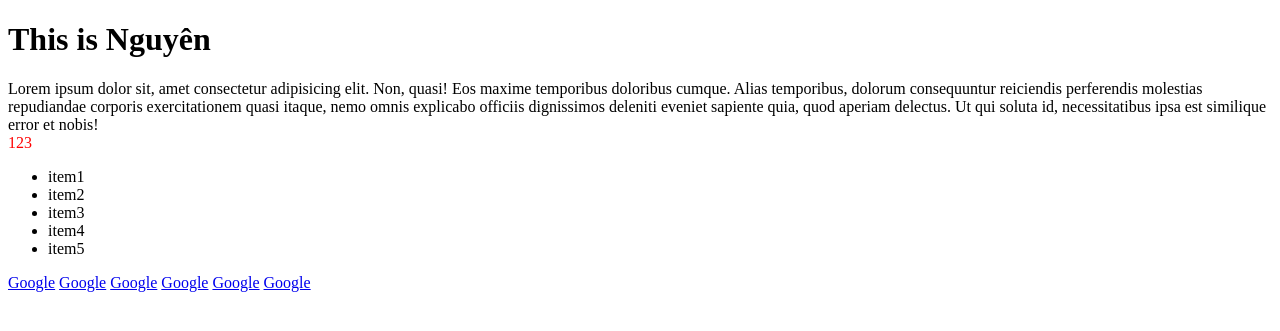
Repository: KhoiNguyen77/JS-C-Ba-n
Page: index.html
These files come from the project's save history. The page is drawn as it stood at one moment and after the next save; the edit follows.
The browser window is 1280 px wide. The pictures show the whole page.

Above is the page before, as saved 2023-03-29 17:21:24.
Console error: SyntaxError: Identifier 'container' has already been declared

### index.html
<!DOCTYPE html>
<html lang="en">
  <head>
    <meta charset="UTF-8" />
    <meta http-equiv="X-UA-Compatible" content="IE=edge" />
    <meta name="viewport" content="width=device-width, initial-scale=1.0" />
    <title>Document</title>
  </head>
  <body>
    <h1>This is Nguyên</h1>
    <div class="container">
      Lorem ipsum dolor sit, amet consectetur adipisicing elit. Non, quasi! Eos
      maxime temporibus doloribus cumque. Alias temporibus, dolorum consequuntur
      reiciendis perferendis molestias repudiandae corporis exercitationem quasi
      itaque, nemo omnis explicabo officiis dignissimos deleniti eveniet
      sapiente quia, quod aperiam delectus. Ut qui soluta id, necessitatibus
      ipsa est similique error et nobis!
    </div>
    <div id="spinner" style="color: red">123</div>
    <ul>
      <li class="item item1">item1</li>
      <li class="item item2">item2</li>
      <li class="item item3">item3</li>
      <li class="item item4">item4</li>
      <li class="item item5">item5</li>
    </ul>
    <a href="gooogle.com.vn" class="link">Google</a>
    <a href="gooogle.com.vn" class="link">Google</a>
    <a href="gooogle.com.vn" class="link">Google</a>
    <a href="gooogle.com.vn" class="link">Google</a>
    <a href="gooogle.com.vn" class="link">Google</a>
    <a href="gooogle.com.vn" class="link">Google</a>
    <style>
      .container.active {
        color: aqua;
      }

    </style>
    <script src="./index.js"></script>
  </body>
</html>

### index.js
// Function

compare = (a = 0, b = 0) => {
  if (typeof a !== "number" || typeof b !== "number") return 0;
  return Math.max(a, b);
};
console.log(compare(5, 10));

upperCase = (a = "") => {
  if (typeof a !== "string") {
    return console.log("Vui lòng nhập vào chữ");
  }
  let newWord = a.toLowerCase().charAt(0).toUpperCase();
  return newWord + a.toLowerCase().slice(1);
};
console.log(upperCase("nguyen"));

compare2 = (a, b, callback) => {
  let max = compare(a, b);
  callback(max);
};
inMax = (num) => {
  console.log(num);
};
console.log(compare2(500, 1000, inMax));
//  Date
// B1: viết chương trình nhập vào ngày tháng năm sinh và in ra
function getAge(year) {
  if (typeof year !== "number") {
    console.log("Vui lòng nhập đúng năm");
  }
  const thisYear = new Date().getFullYear();
  return thisYear - year;
}
const age2 = getAge(2000);
console.log(`Tuổi của bạn là ${age2} `);
// Bài 2:
// function countDown(minute = 0) {
//   let second = minute * 60;
//   let count = 0;
//   const countUp = setInterval(() => {
//     count += 1;
//     console.log(count);
//     if (count === second) {
//       alert("bạn đã hết giờ làm bài");
//       clearInterval(countUp);
//     }
//   }, 1000);
// }
// countDown(0.2);
// Bài 3:
function timeSince(time) {
  const now = new Date();
  const since = new Date(time);
  const truTime = Math.floor((now.getTime() - since.getTime()) / 1000);
  let quyDoiTime = truTime / 32140800;
  if (quyDoiTime > 1) {
    console.log(`${Math.floor(quyDoiTime)} năm trước`);
  }
  quyDoiTime = truTime / 2678400;
  if (quyDoiTime > 1 && truTime <= 32140800) {
    console.log(`${Math.floor(quyDoiTime)} tháng trước`);
  }
  quyDoiTime = truTime / 604800;
  if (quyDoiTime > 1 && truTime <= 2678400) {
    console.log(`${Math.floor(quyDoiTime)} tuần trước`);
  }
  quyDoiTime = truTime / 86400;
  if (quyDoiTime > 1 && truTime < 604800) {
    console.log(`${Math.floor(quyDoiTime)} ngày trước`);
  }
  quyDoiTime = truTime / 3600;
  if (quyDoiTime > 1 && truTime <= 86400) {
    console.log(`${Math.floor(quyDoiTime)} giờ trước`);
  }
  quyDoiTime = truTime / 60;
  if (quyDoiTime > 1 && truTime < 3600) {
    console.log(`${Math.floor(quyDoiTime)} phút trước`);
  }
}
// 1 năm: 32140800
// 1 tháng:2678400
// 1 tuần:604800
// 1 ngày:86400
// 1 giờ : 3600
// 1 phút: 60
timeSince("Thu Mar 23 2023 14:47:43 GMT+0700");
//
const array = [1, 2, 3, 4, 5, 6, 7, 8];
a = array.find((x) => x > 3);
b = array.findIndex((x) => x > 3);
console.log(a);
console.log(b);
const list = [4, 5, 6, 7, 8, 9, 1, 3, 5, 6];
console.log(list.map((x) => x * 2));
const listTripple = [];

const number = [1, 2, 3, 4, 5, 6, 7, 8];
const test = number.filter((x) => x > 2);
console.log(test);
// Đảo ngược một chuỗi
// VD : "My name is evondev" => VD: "evondev is name My"
function reverseString(str) {
  if (!str) return null;
  console.log(str.split(" ").reverse().join(" "));
}

reverseString("My name is evondev");
// Đảo ngược một chuỗi bao gồm các kí tự.
//  VD: "i love" => evol i

function reverse(str) {
  if (!str) return null;
  console.log(str.split("").reverse().join(""));
}
reverse("i love");
capitalizeWord = (item) => {
  let upper = item.charAt(0).toUpperCase();
  let lower = item.slice(1).toLowerCase();
  return `${upper}${lower}`;
};
// Capitalize 1 chuỗi: VD "my name is evondev" => "My Name Is Evondev"
capitalizeStr = (str) => {
  let layChuoi = str.split(" ");
  let inHoaStr = layChuoi.map((item) => capitalizeWord(item));
  return console.log(inHoaStr.join(" "));
};

let strMau = "my name is evondev";
capitalizeStr(strMau);
// let layStr = strMau.split(" ");
// console.log(layStr);
// let example = layStr.map(
//   item => {
//     let newWord  = item.charAt(0).toUpperCase();
//     let secondWord = item.slice(1).toLowerCase();
//     return `${newWord}${secondWord}`;
//   }
// );
// let kq = example.join(" ")
// console.log(example);
// console.log(kq);

//  Bài tập cơ bản về vòng lặp for
// sao chép 1 mảng bằng vòng lặp for
let numbers = [1, 2, 3, 4, 5, 6, 7, 8, 9, 10];
let kq = [];
for (let i = 0; i < numbers.length; i++) {
  kq.push(numbers[i]);
}
let string1 = "i love";
ketquaString = "";

for (i = string1.length - 1; i >= 0; i--) {
  ketquaString += string1[i];
  console.log(ketquaString);
}

//  Bài tập chương 6 số 1 và 2
let arrayB1 = [
  1,
  1000,
  false,
  null,
  "evondev",
  "",
  undefined,
  "javascript",
  [1, 2, 3],
];
// ketquaB1 = arrayB1.map((item) => {
// //   if (item) {
// //     ketquaB1.push(item);
// //   }
// // });

// // console.log(ketquaB1);
let filterArray = arrayB1.filter((item) => Boolean(item));
console.log(filterArray);

let arrayB2 = [
  [1, 2, 3, [false, null]],
  [1, 5, 6, ["javascript"]],
  [888, 666, [90]],
];
//
const result = arrayB2.flat(2).filter((item) => Boolean(item));
console.log(result);
// Bài 3: Đào ngược số nguyên. Ví dụ 1234 ==> 4321

reverseNumber = (num) => {
  let numToStr =
    parseInt(num.toString().split("").reverse().join("")) * Math.sign(num);
  console.log(numToStr);
};
reverseNumber(-12345);

fizzBuzz = (num) => {
  for (let i = 1; i < num; i++) {
    if (i % 2 === 0) {
      console.log("Fizz");
    } else if (i % 3 === 0) {
      console.log("Buzz");
    } else if (i % 2 === 0 && i % 3 === 0) {
      console.log("FizzBuzz");
    }
  }
};
fizzBuzz(4);

// Bài 4:

checkStr = (str) => {
  let character = "aoeui";
  let count = 0;
  for (let c of str) {
    if (character.includes(c)) count += 1;
  }
  console.log(count);
};
checkStr("evondev");

// Bài 5
let arraySo = [1, 2, 3, 1, 1, 1, 2, 2, 2, 5, 5, 5, 7, 7, 6]; // kết quả trả về là [1,2,3,4,5,6,7]

uniqueSo = (arrSo) => {
  let uniqueArray = [];
  for (let i = 0; i < arrSo.length; i++) {
    if (!uniqueArray.includes(arrSo[i])) uniqueArray.push(arrSo[i]);
  }
  console.log(uniqueArray);
};
uniqueSo(arraySo);

//  Bài 7: Viết 1 function xử lý từ 1 mảng lớn thành nhiều mảng con dựa vào một số nguyên đầu vào. Ví dụ
// ([1,2,3,4,5],2) => [[1,2],[3,4],[5,6]]
let mang = [1, 2, 3, 4, 5, 6];

phanMang = (arr, num) => {
  let result = [];
  let index = 0;
  while (index < arr.length) {
    result.push(arr.slice(index, num + index));
    index = index + num;
    console.log(result);
  }
};

phanMang(mang, 4);

let user = {
  firstName: "Nguyên",
};
let user2 = Object.assign(user);

//  TH1: This ở đây sẽ đề cập tới object, key gần nhất
let student2 = {
  name: "evondev",
  schol: "Cao Thang",
  age: 27,
  male: true,
  "last-name": "tuan",
  hi: function () {
    console.log(`my name is ${this.name} and I'm ${this.age} years old`);
  },
  fullName: {
    name: "Tran Anh Tuan",
  },
};
student2.hi();
// Optional chaining
console.log(student2.fullName); //trả về undefined nếu như key không tồn tại
// console.log(student2.fullName.name); //trả về Cannot read properties of undefined (reading 'name')
if (student2.fullName) {
  if (student2.fullName.name) {
    console.log(student2.fullName.name);
  }
}

// student2.fullName?.name ==> Nếu có key là full name thì mới chạy qua .name
console.log(student2.fullName?.name);

// Destructuring object
//  const {name, age, male} = student2;

let { name, age, male, ...rest } = student2;
console.log(name, age, male, rest);

let objNew = {
  name: "evondev",
  school: "Cao Thang",
  age: 27,
};
function whatYourInfo2({ name, age, school }) {
  console.log(name, age, school);
}

whatYourInfo2(objNew);
function whatYourInfo(obj) {
  console.log((obj.name, obj.age, obj.school));
}

// BT Object
//  Viết 1 function kiểm tra value có phải là object hay không
//  {} [] null ==> đều là type object

isObject = (value) => {
  if (typeof value === "object" && !Array.isArray(value) && value !== null) {
    return true;
  }
  return false;
};
console.log(isObject(null));

// BT 2: {a: 1, b:2} => [["a":1], ["b":2]]

objectToArray = (obj) => {
  if (!isObject(obj)) return;
  let result = Object.entries(obj);
  console.log(result);
};
objectToArray({
  a: 1,
  b: 2,
  c: 3,
});

// BT 3: Viết phương thức without. VD {{a: 1, b:2}, b} => {a:1}

without = (obj, ...key) => {
  let copyObj = { ...obj };
  key.forEach((item) => delete copyObj[item]);
  let result = copyObj;
  console.log(result);
};
without(
  {
    a: 1,
    b: 2,
    c: 3,
  },
  "b"
);

// BT 4: Viết 1 function để kiểm tra 2 object truyền vào có bằng nhau không

isEqualOBject = (obj1, obj2) => {
  let objKey1 = Object.keys(obj1);
  let objKey2 = Object.keys(obj2);
  if (objKey1.length !== objKey2.length) return false;   //check length của mảng
  let result = objKey1.every((key) => obj1[key] === obj2[key]); ///duyệt value qua từng key
  console.log(result);
  return result;
};

isEqualOBject(
  {
    a: 1,
    b: 2,
  },
  { a: 1, b: 2 }
);

// Node selector:
const singleNode = document.querySelector("h1");
const singleNode2 = document.querySelector(".container");
const singleNode3 = document.querySelector("#spinner");
console.log(singleNode);
console.log(singleNode3);
console.log(singleNode2);

// Multinode:
const multiNode = document.querySelectorAll(".item");
console.log(multiNode);


// Getattribute() bằng node:

let link = document.querySelector(".link");
console.log(link.getAttribute("href"));

// get attribute bằng NodeList
let listLi = document.querySelectorAll(".item");
listLi.forEach(item => {
  console.log(item.getAttribute("class"));
})


// setAttribute() bằng node:
link.setAttribute("target", "_blank");

//setAttribute bằng NodeList;
let link2 = document.querySelectorAll("a.link");
link2.forEach(item => item.setAttribute("target", "_blank"))

// removeAttribute

const p = document.querySelector("#spinner");
p.removeAttribute("style")

// hasAttribute
console.log(p.hasAttribute("class")); // ==> false
console.log(p.hasAttribute("id")); // ==> true

// Thêm class
// cú pháp: selector.classList.add("abc");

const container = document.querySelector(".container");
container.classList.add("active");

//Xóa class
//cú pháp: selector.classList.remove("abc");

const container = document.querySelector(".container");
container.classList.remove("active");

After the next save:
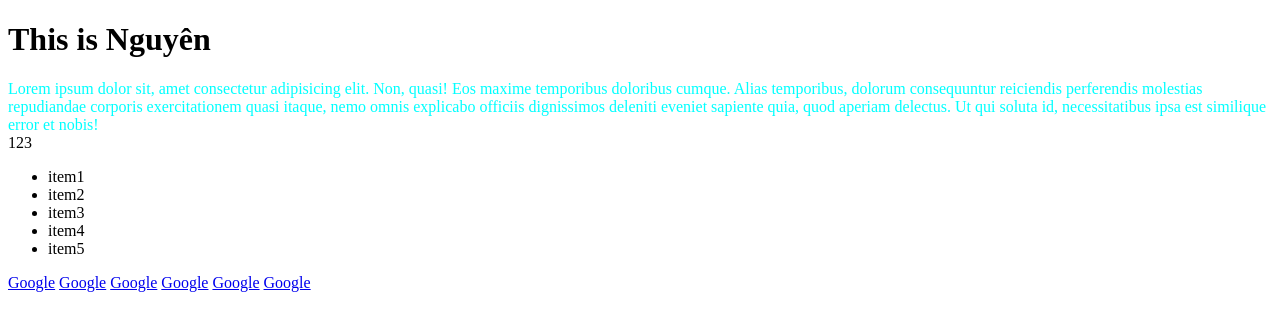
Console error: TypeError: Assignment to constant variable.
Saved 5 s later.
--- a/index.js
+++ b/index.js
@@ -411,5 +411,5 @@
 //Xóa class
 //cú pháp: selector.classList.remove("abc");
 
-const container = document.querySelector(".container");
+ container = document.querySelector(".container");
 container.classList.remove("active");

After the save that followed:
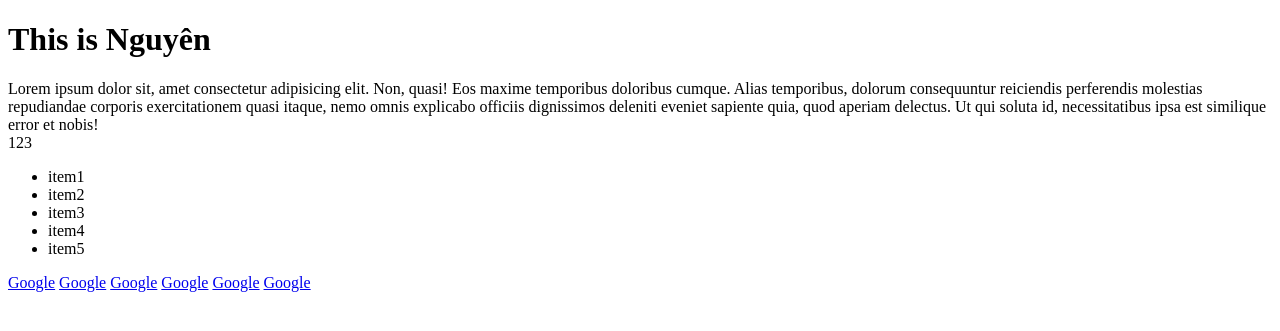
The error is gone.
Saved 9 s later.
--- a/index.js
+++ b/index.js
@@ -410,6 +410,4 @@
 
 //Xóa class
 //cú pháp: selector.classList.remove("abc");
-
- container = document.querySelector(".container");
 container.classList.remove("active");
